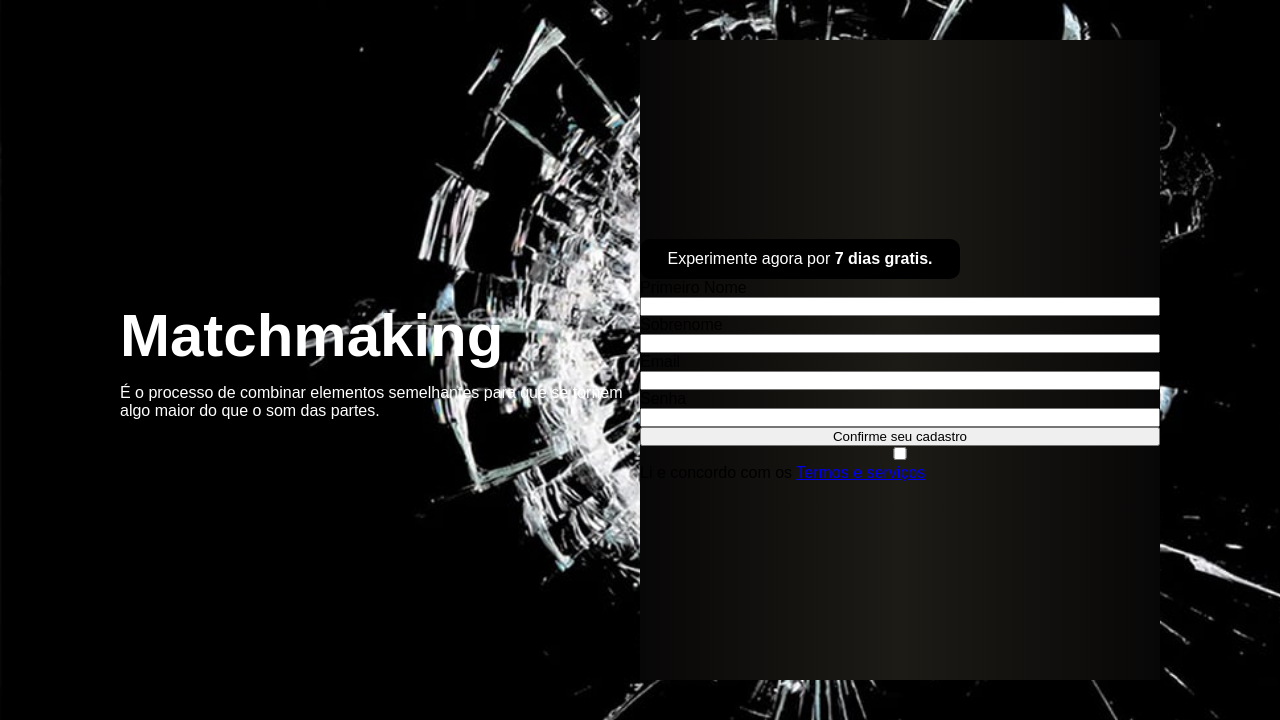
Repository: analessp/tela-login
Page: index.html
The author's editor kept a copy of each file at every save. The page is drawn from the files as they stood at one save, then again after a run of saves.
The browser window is 1280 px wide. The pictures show the whole page.
Some web fonts or font styles are not loaded; a fallback is used.

Above is the page before, as saved 2025-04-16 10:55:42.

After the next 5 saves:
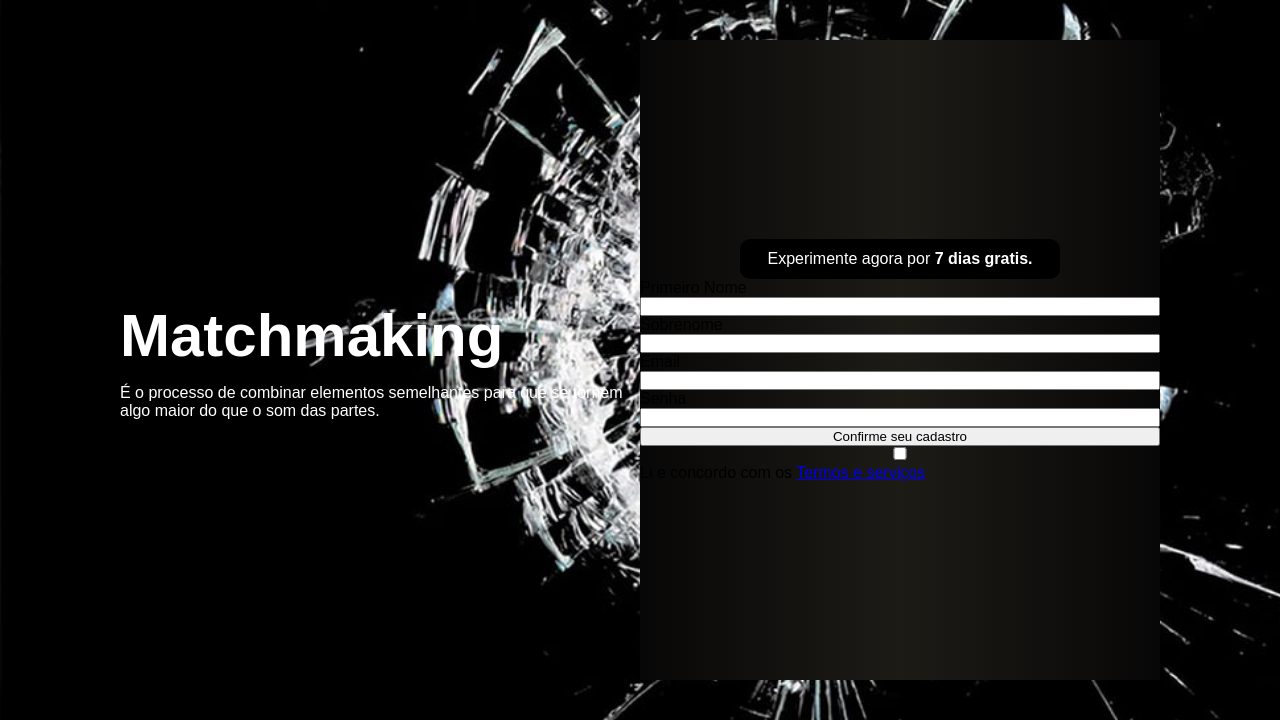
The 5 saves are shown as one change because they came seconds apart.
The last was saved 12 s later.
--- a/style.css
+++ b/style.css
@@ -62,7 +62,8 @@ main {
     display: flex;
     flex-direction: column;
     justify-content: center;
-    align-items: ;
+    align-items: center;
+    padding: ;
 }
 
 .teste-gratis {
